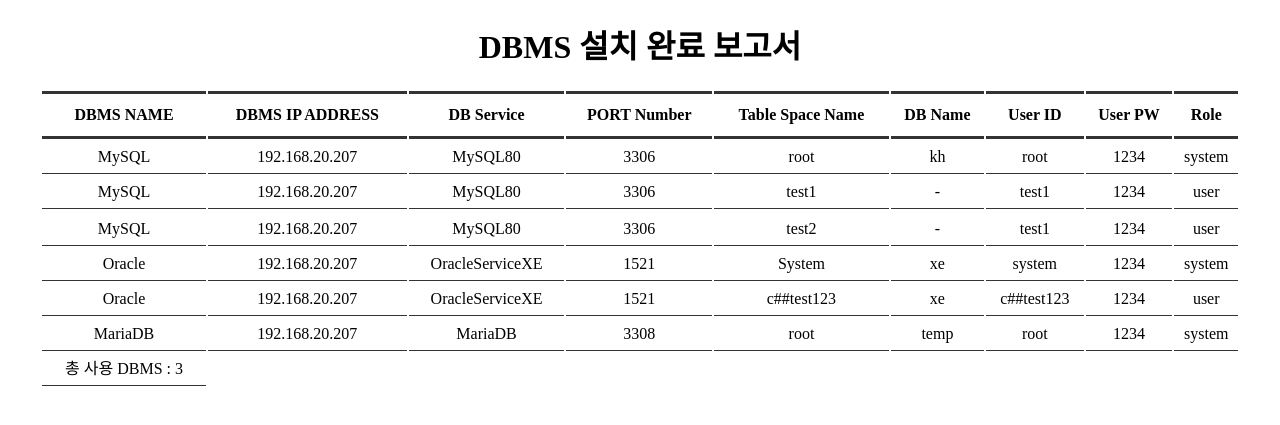
Repository: hololollo/database
Page: test01/WebContent/report.html
These files come from the project's save history. The page is drawn as it stood at one moment and after the next save; the edit follows.
The browser window is 1280 px wide. The pictures show the whole page.

Above is the page before, as saved 2024-03-29 06:27:12.

### test01/WebContent/report.html
<!DOCTYPE html>
<html lang="en">
<head>
    <meta charset="UTF-8">
    <meta name="viewport" content="width=device-width, initial-scale=1.0">
    <title>DBMS 설치 완료 보고서</title>
    <style>
        #tb1 th { border-top:3px solid #333; border-bottom: 3px solid #333; line-height: 40px;}
        #tb1 td { border-bottom: 1px solid #333; line-height: 30px; text-align: center;}
    </style>
</head>
<body>
    <h1 style="text-align:center;">DBMS 설치 완료 보고서</h1>
    <!-- DBMS NAME | DBMS IP ADDRESS | DB Service xe | PORT Number 3306 | Table Space Name | DB Name xe | User ID c##test123 | User PW 1234| Role system, user|-->
    <!--role은 sys, system, dba, user ... -->
    <table style="width:1200px;margin:20px auto" id="tb1">
        <thead>
            <tr>
           <th>DBMS NAME</th><th>DBMS IP ADDRESS</th><th>DB Service</th><th>PORT Number</th><th>Table Space Name</th><th>DB Name</th><th>User ID</th><th>User PW</th><th>Role</th>
            </tr>
        </thead>
        <tbody>
            <tr>
                <td>MySQL</td> <td>192.168.20.207</td> <td>MySQL80</td> <td>3306</td> <td>root</td> <td>kh</td> <td>root</td> <td>1234</td> <td>system</td>
            </tr>
            <tr>
                <td>MySQL</td> <td>192.168.20.207</td> <td>MySQL80</td> <td>3306</td> <td>test1</td> <td>-</td> <td>test1</td> <td>1234</td> <td>user</td>
                </tr>
            <tr>
            <tr>
                <td>MySQL</td> <td>192.168.20.207</td> <td>MySQL80</td> <td>3306</td> <td>test2</td> <td>-</td> <td>test1</td> <td>1234</td> <td>user</td>
            </tr>
            <tr>
                <td>Oracle</td> <td>192.168.20.207</td> <td>OracleServiceXE</td> <td>1521</td> <td>System</td> <td>xe</td> <td>system</td> <td>1234</td> <td>system</td>
            </tr>
            <tr>
                 <td>Oracle</td> <td>192.168.20.207</td> <td>OracleServiceXE</td> <td>1521</td> <td>c##test123</td> <td>xe</td> <td>c##test123</td> <td>1234</td> <td>user</td>
            </tr>
            <tr>
                 <td>MariaDB</td> <td>192.168.20.207</td> <td>MariaDB</td> <td>3308</td> <td>root</td> <td>temp</td> <td>root</td> <td>1234</td> <td>system</td>
            </tr>
        </tbody>
        <tfoot>
            <tr>
                <td>총 사용 DBMS : 3</td>
            </tr>
        </tfoot>
    </table>
</body>
</html>

After the next save:
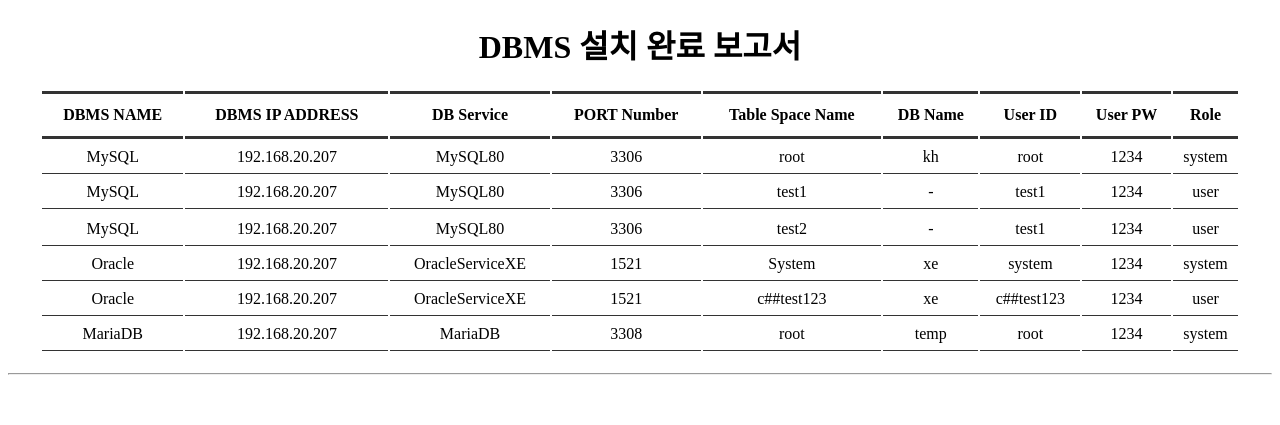
Saved 6 min 0 s later.
--- a/test01/WebContent/report.html
+++ b/test01/WebContent/report.html
@@ -40,11 +40,8 @@
                  <td>MariaDB</td> <td>192.168.20.207</td> <td>MariaDB</td> <td>3308</td> <td>root</td> <td>temp</td> <td>root</td> <td>1234</td> <td>system</td>
             </tr>
         </tbody>
-        <tfoot>
-            <tr>
-                <td>총 사용 DBMS : 3</td>
-            </tr>
-        </tfoot>
     </table>
+    <hr>
+
 </body>
 </html>
